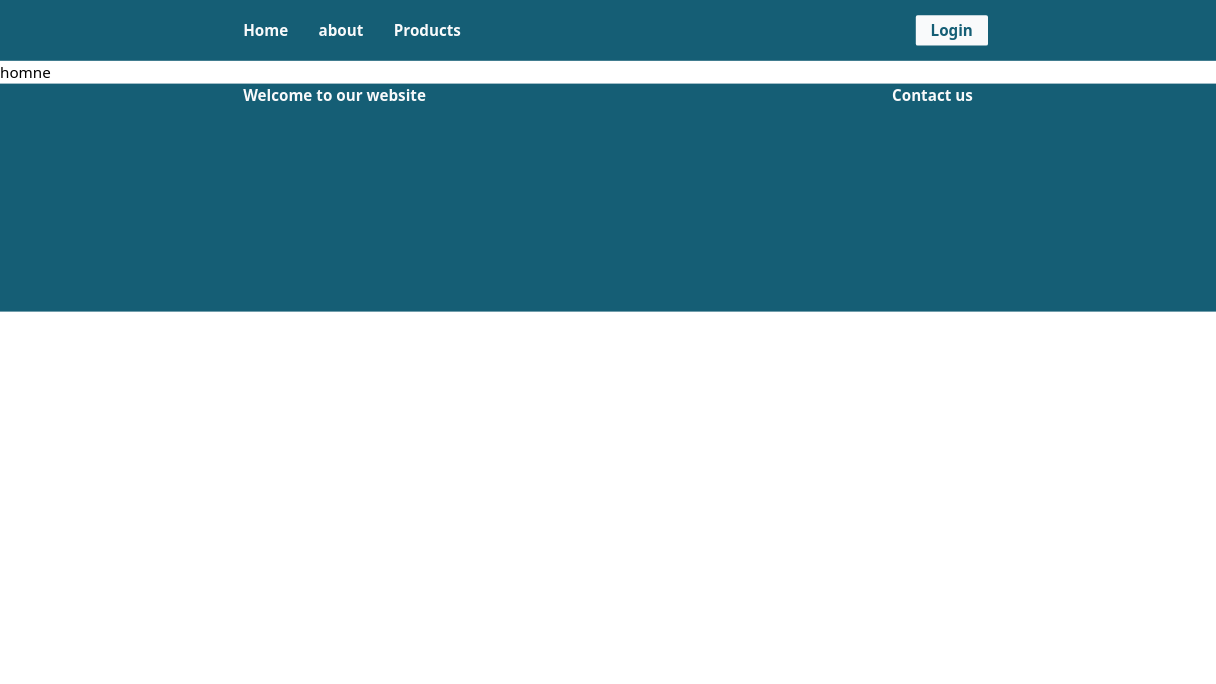
Repository: Sanaa00/svelte-test
Page: /
These files come from the project's save history. The page is drawn as it stood at one moment and after a run of saves; the edit follows.
The browser window is 1280 px wide. The pictures show the whole page, at 95% of full size.
The project was rebuilt for these pictures with package versions that can differ from the ones it lists, and the page was loaded fresh each time. The framework's server and built-in components were replaced by stand-ins that run in the browser. Also part of the build but not shown: svelte.config.js, vite.config.js.

Above is the page before, as saved 2024-12-08 20:08:04.

After the next 2 saves:
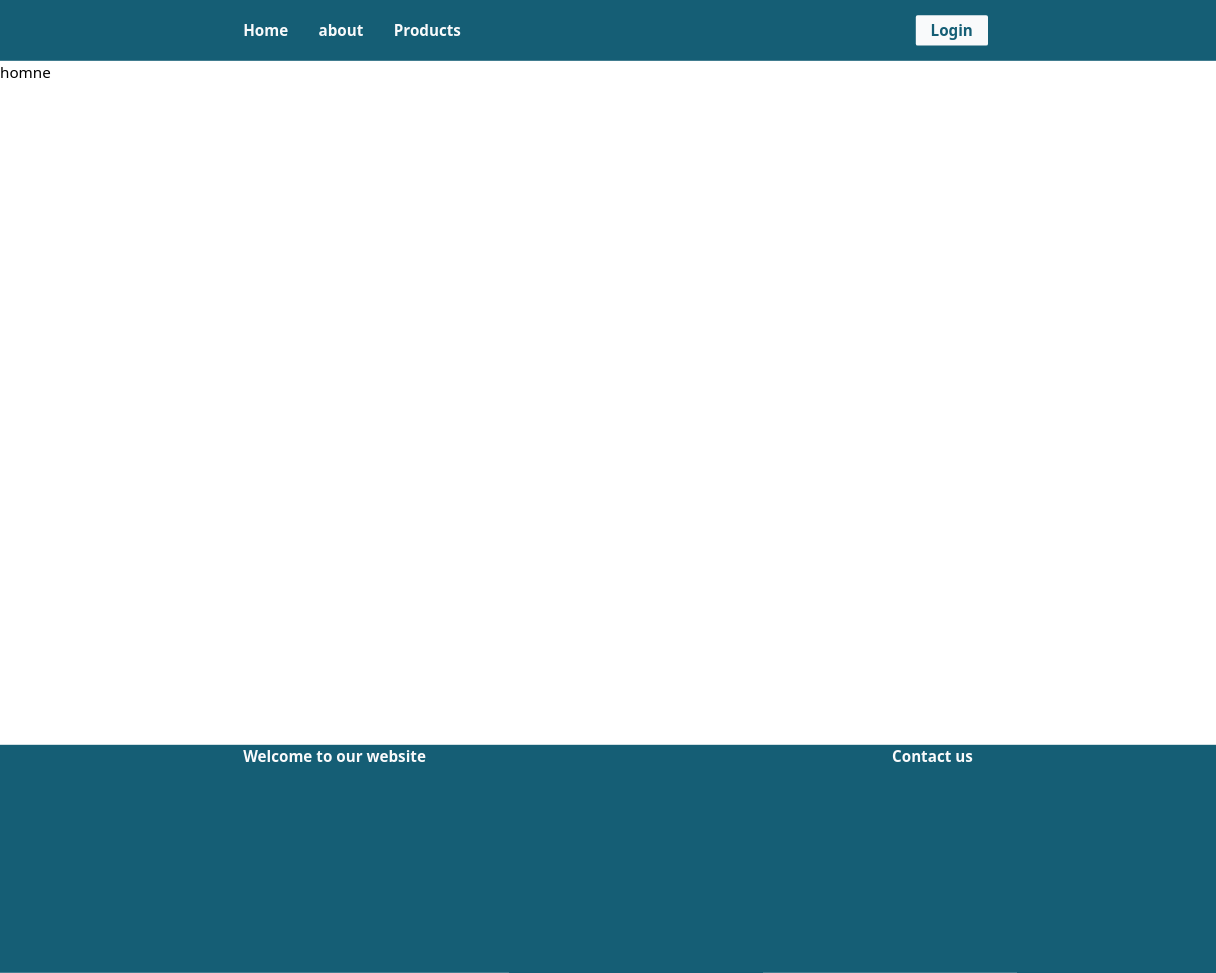
The 2 saves are shown as one change because they came seconds apart.
The last was saved 28 s later.
--- a/src/routes/+page.svelte
+++ b/src/routes/+page.svelte
@@ -1 +1 @@
-homne
+<main class="h-screen w-full">homne</main>
